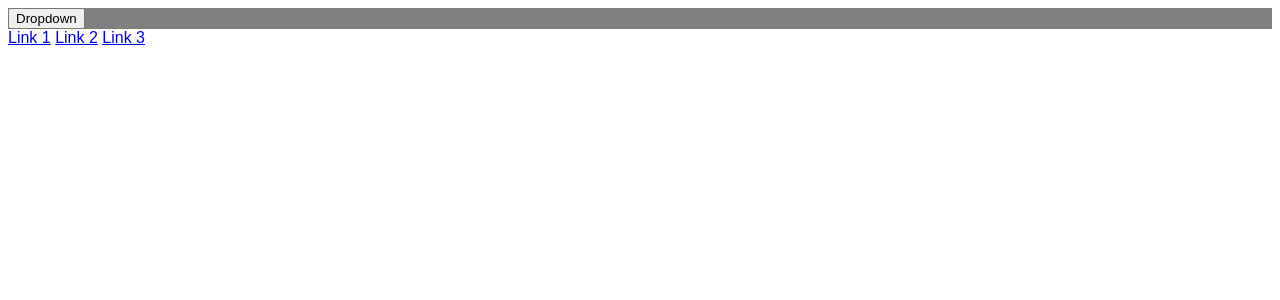
Repository: nvngon2604/Git
Page: web/index.html
An editor plug-in stored every save of this project. The page is shown before and after the next save, followed by the edit.
The browser window is 1280 px wide. The pictures show the whole page.

Above is the page before, as saved 2020-05-10 18:46:27.

### web/index.html
<!DOCTYPE html>
<html lang="en">
<head>
    <meta charset="UTF-8">
    <meta name="viewport" content="width=device-width, initial-scale=1.0">
    <title>Document</title>
    <link rel="stylesheet" href="index.css">
</head>
<body>
    <div class="container">
        <nav>
            <div class="dropdown">
                <button type="button" class="dropbtn">Dropdown</button>
            </div>
            <div class="dropdown-content">
                <a href="#">Link 1</a>
                <a href="#">Link 2</a>
                <a href="#">Link 3</a>
            </div>
        </nav>
    </div>
</body>
</html>

### web/index.css
* {
    font-family: sans-serif;
}
/*-------------- nav-------------------*/
.dropdown {
    background-color: gray
}

After the next save:
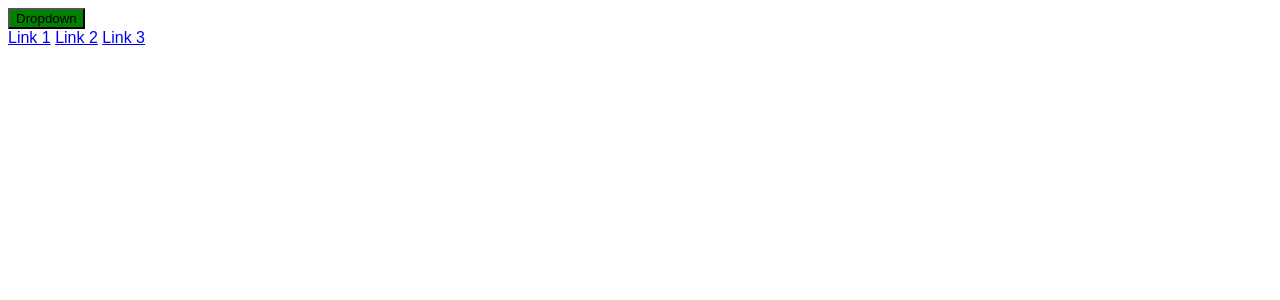
Saved 23 s later.
--- a/web/index.css
+++ b/web/index.css
@@ -2,6 +2,6 @@
     font-family: sans-serif;
 }
 /*-------------- nav-------------------*/
-.dropdown {
-    background-color: gray
+.dropbtn {
+    background-color: green;
 }
